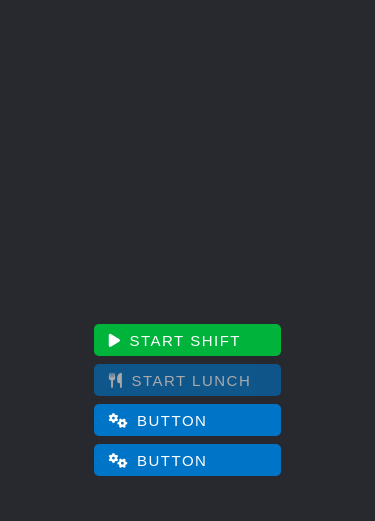
Repository: Philip-Rogers/button-state
Page: index.html
An editor plug-in stored every save of this project. The page is shown before and after a run of saves, followed by the edit.
The browser window is 375 px wide. The pictures show the whole page.

Above is the page before, as saved 2024-08-14 21:33:34.

After the next 2 saves:
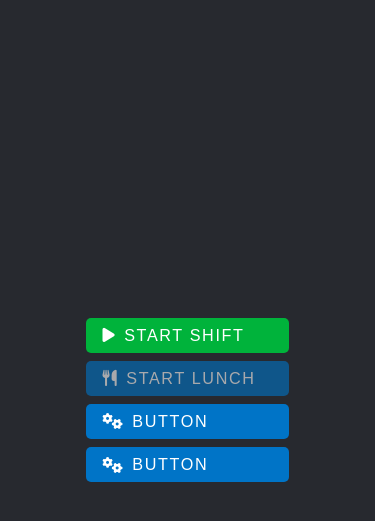
The 2 saves are shown as one change because they came seconds apart.
The last was saved 3 min 28 s later.
--- a/index.css
+++ b/index.css
@@ -85,21 +85,21 @@ button {
 /* Media Queries for Responsive Design */
 @media (max-width: 768px) {
     button {
-        font-size: 1.5625em;
-        /* 25% larger */
-        width: 375px;
-        /* 25% larger */
-        padding: 1.25em 1.5625em;
-        /* 25% larger */
+        font-size: 1.6875em;
+        /* 35% larger */
+        width: 405px;
+        /* 35% larger */
+        padding: 1.35em 1.6875em;
+        /* 35% larger */
     }
 
     .toggle-button {
-        font-size: 20px;
-        /* 25% larger */
-        width: 250px;
-        /* 25% larger */
-        padding: 12.5px 25px;
-        /* 25% larger */
+        font-size: 21.6px;
+        /* 35% larger */
+        width: 270px;
+        /* 35% larger */
+        padding: 13.5px 27px;
+        /* 35% larger */
     }
 
     .button-container {
@@ -109,21 +109,21 @@ button {
 
 @media (max-width: 480px) {
     button {
-        font-size: 1.25em;
-        /* 25% larger */
-        width: 250px;
-        /* 25% larger */
-        padding: 0.625em 0.9375em;
-        /* 25% larger */
+        font-size: 1.6875em;
+        /* 35% larger */
+        width: 270px;
+        /* 35% larger */
+        padding: 0.675em 1.0125em;
+        /* 35% larger */
     }
 
     .toggle-button {
-        font-size: 15px;
-        /* 25% larger */
-        width: 187.5px;
-        /* 25% larger */
-        padding: 7.5px 15px;
-        /* 25% larger */
+        font-size: 16.2px;
+        /* 35% larger */
+        width: 202.5px;
+        /* 35% larger */
+        padding: 8.1px 16.2px;
+        /* 35% larger */
     }
 
     .button-container {
